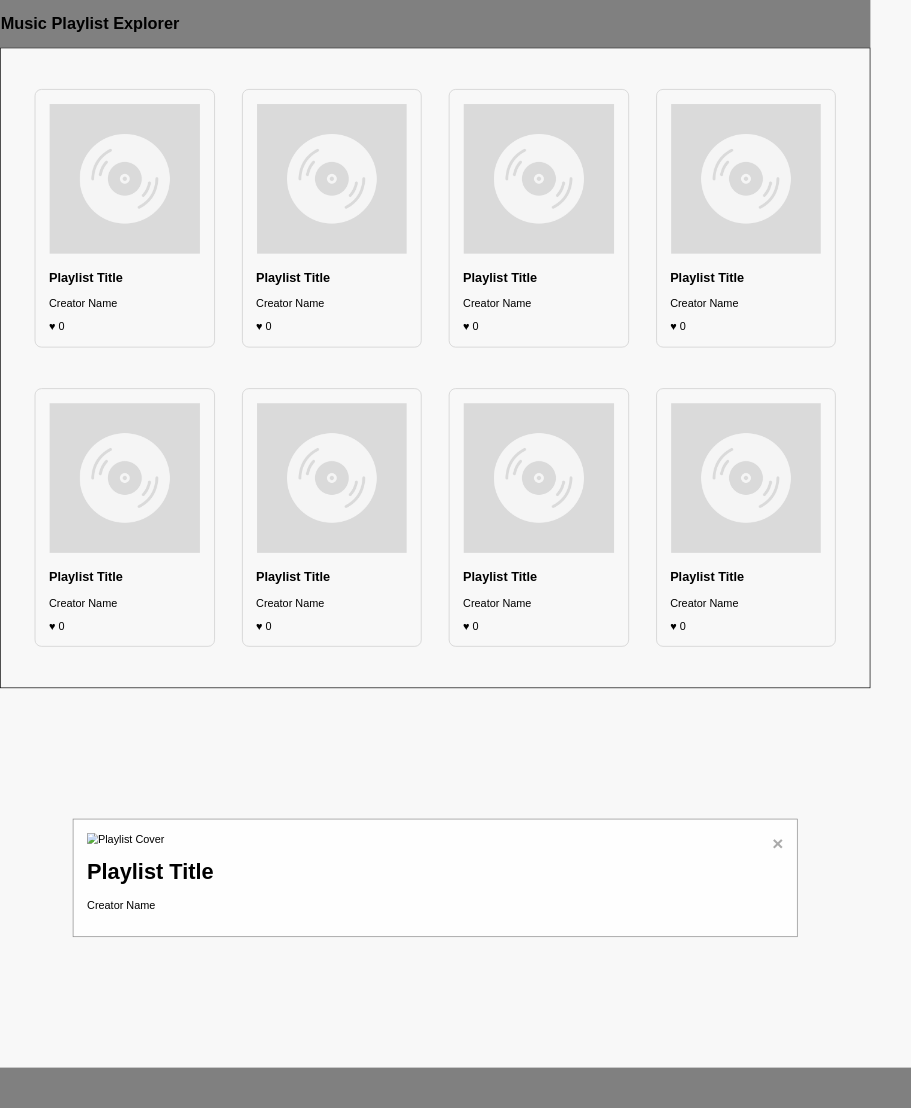
Repository: valentinaarojas/music-player-explorer
Page: index.html
These files come from the project's save history. The page is drawn as it stood at one moment and after the next save; the edit follows.
The browser window is 1280 px wide. The page is 1340 px wide, so the pictures cover 1340 px, including what lies to the right of the window. The pictures show the whole page, at 68% of full size.

Above is the page before, as saved 2025-02-19 17:56:13.
Console error: SyntaxError: Unexpected token '{'

After the next save:
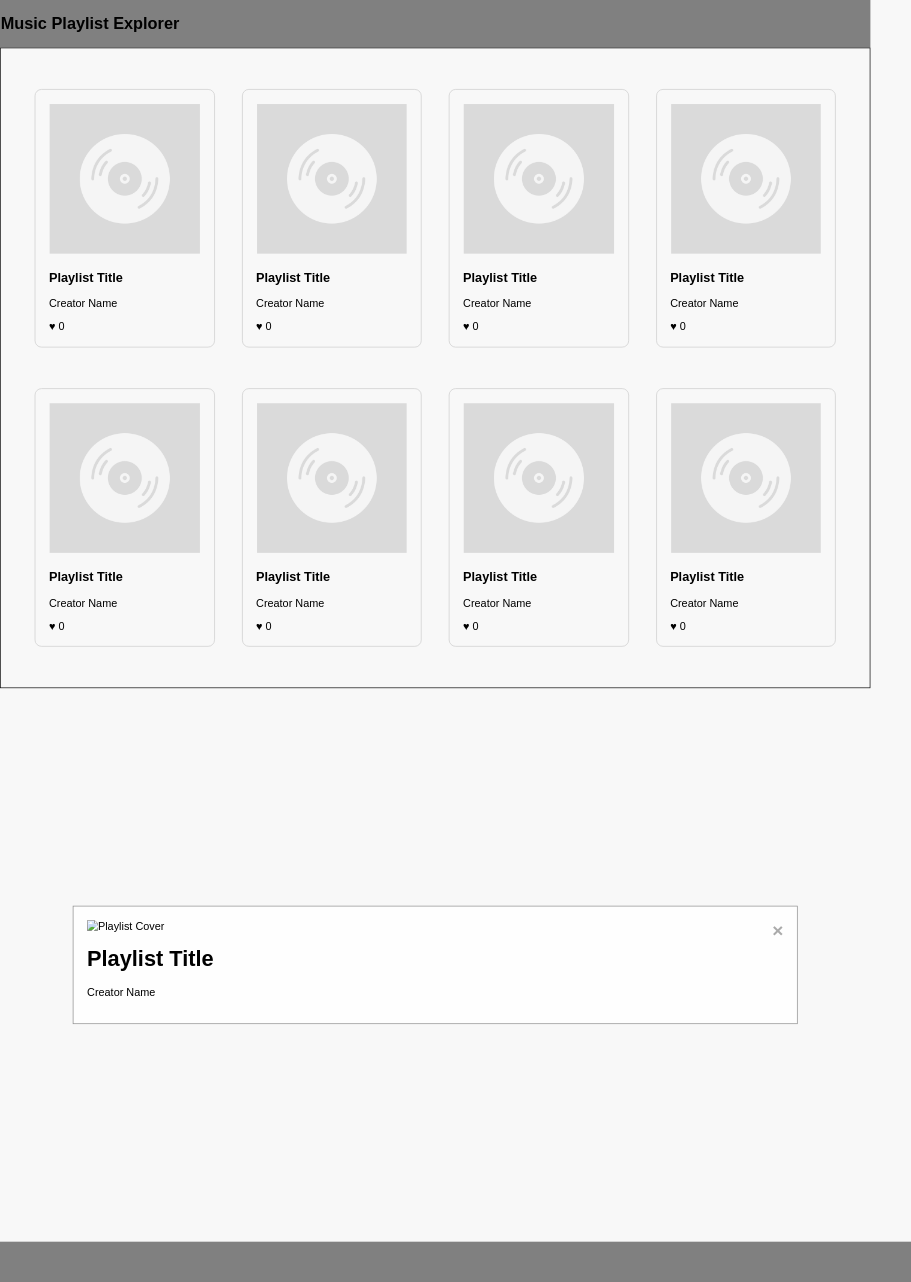
Saved 2 min 2 s later.
--- a/style.css
+++ b/style.css
@@ -43,7 +43,7 @@ body {
  }
  .modal-content {
     background-color: #fefefe;
-    margin: 15% auto; /* 15% from the top and centered */
+    margin: 25% auto; /* 15% from the top and centered */
     padding: 20px;
     border: 1px solid #888;
     width: 80%; /* Could be more or less, depending on screen size */
